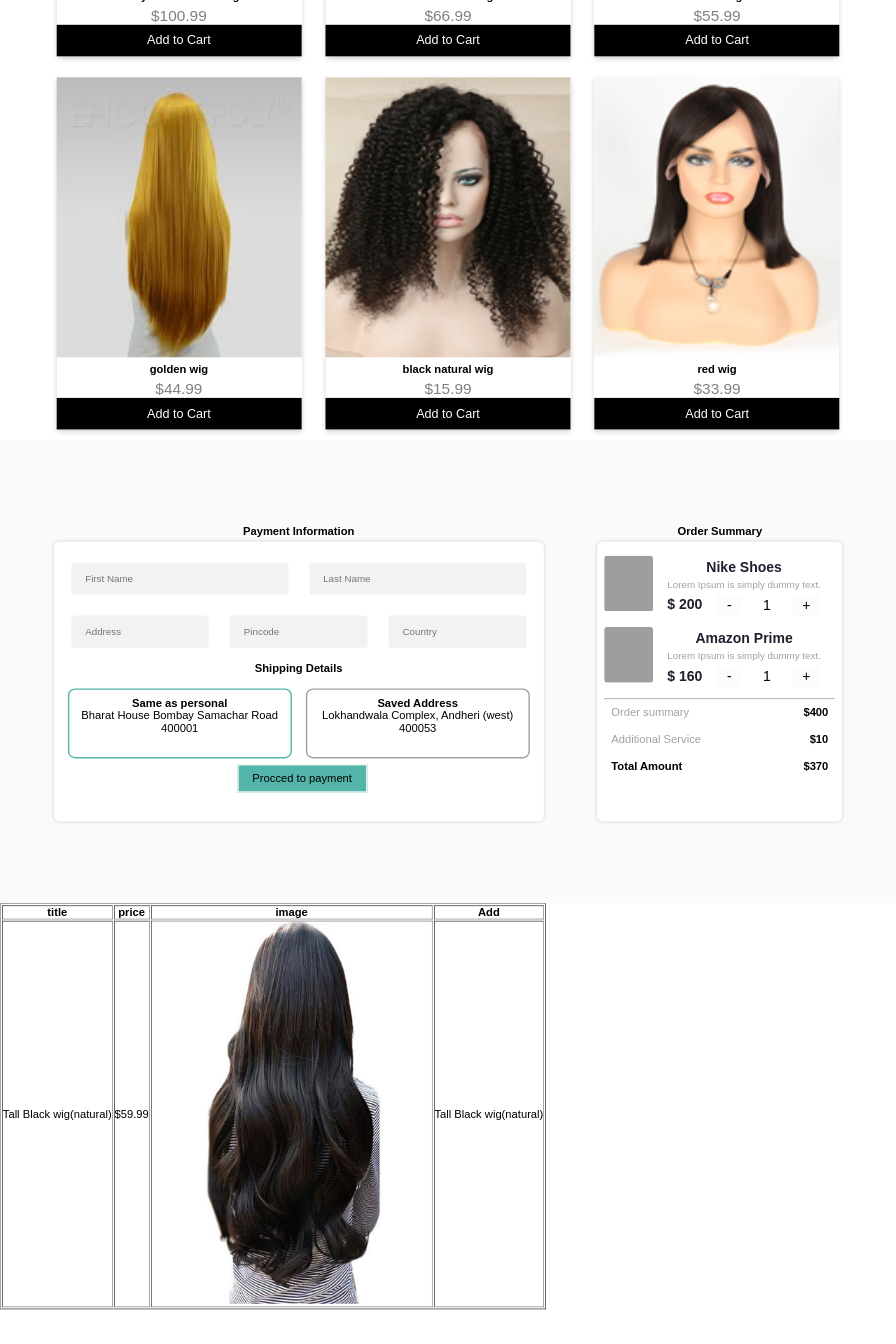
Repository: Zzero202/Zzero202
Page: index.html
The author's editor kept a copy of each file at every save. The page is drawn from the files as they stood at one save, then again after the next save.
The browser window is 1280 px wide. The pictures show the part of the page from y = 1639 to 3559 px (the page is 3559 px tall before and 3150 px after), at 70% of full size.
Pictures or frames that could not be fetched are drawn as grey boxes. A picture or video elsewhere on the page could not be fetched, so the positions and the page height are approximate.

Above is the page before, as saved 2021-12-09 01:45:04.

After the next save:
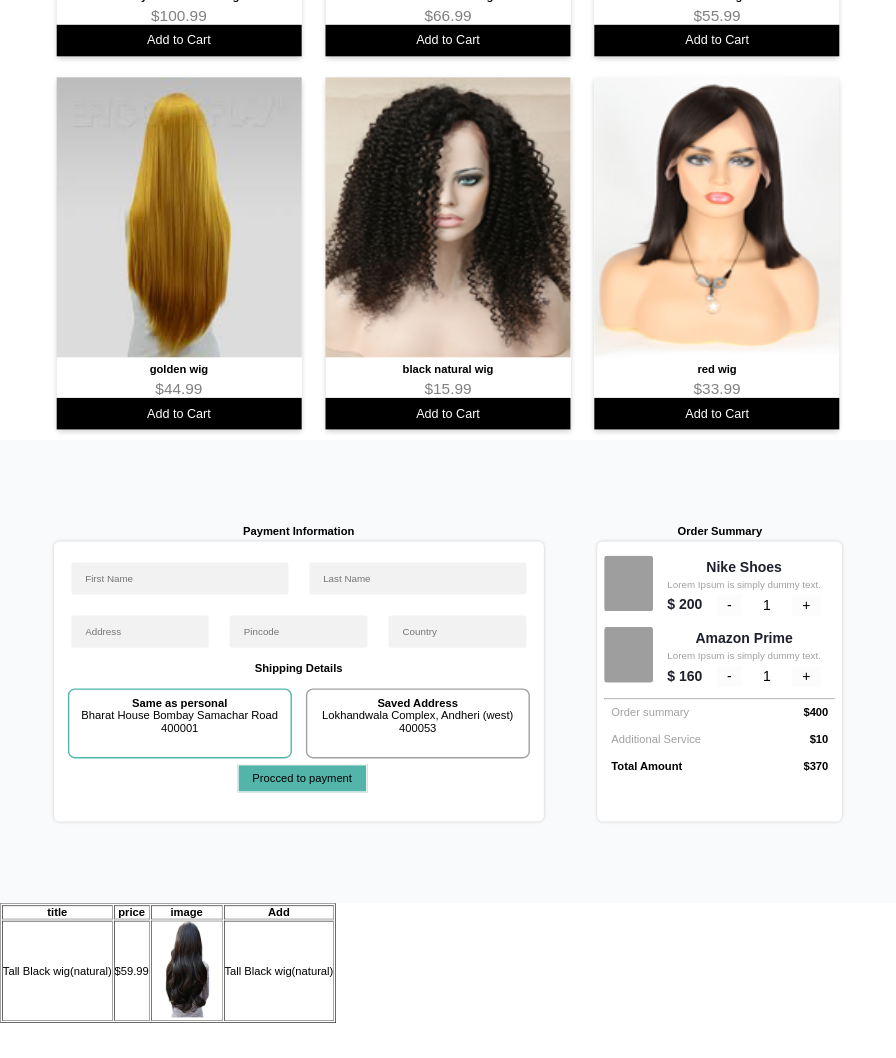
Saved 10 s later.
--- a/index.html
+++ b/index.html
@@ -627,7 +627,7 @@
       <tr>
         <td>Tall Black wig(natural)</td>
         <td>$59.99</td>
-        <td><img src="img/1.jpg" alt=""></td>
+        <td><img src="img/1.jpg" width="100" alt=""></td>
         <td>Tall Black wig(natural)</td>
       </tr>
     </tbody>
